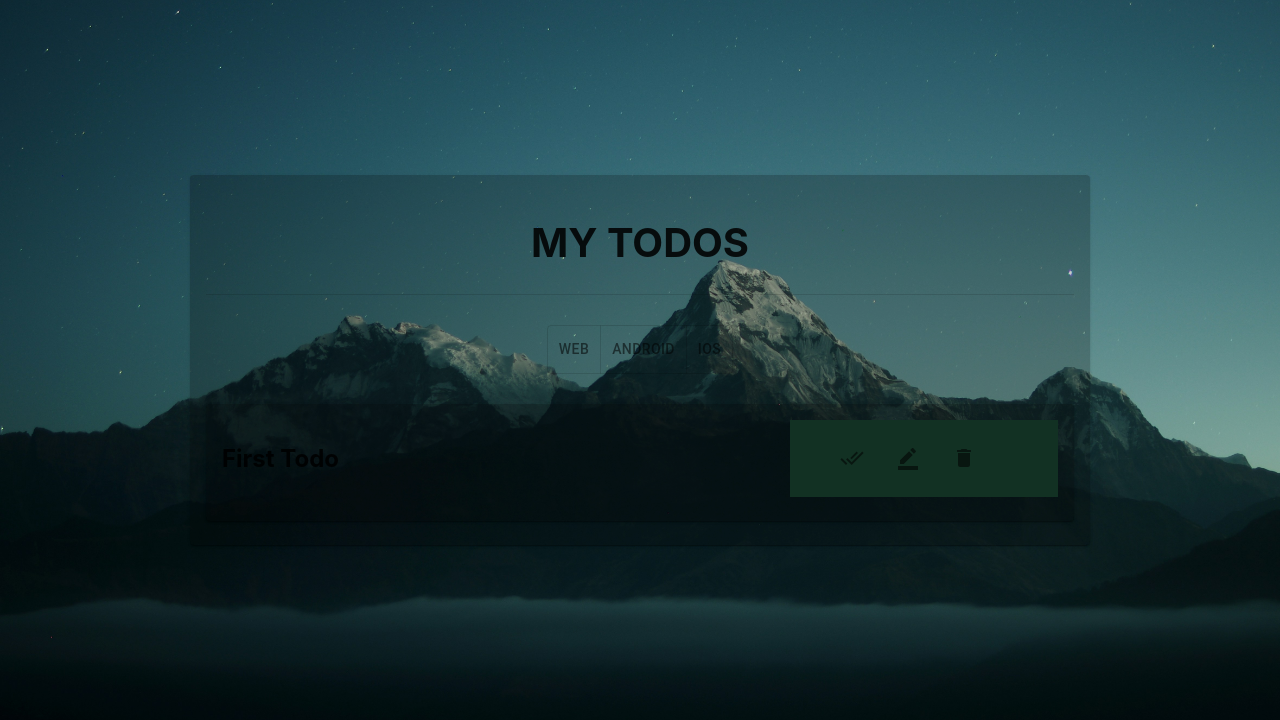
Repository: Ebadahamde/React-CRUDS-Project
Page: /
The author's editor kept a copy of each file at every save. The page is drawn from the files as they stood at one save, then again after the next save.
The browser window is 1280 px wide. The pictures show the whole page.
The project was rebuilt for these pictures with package versions that can differ from the ones it lists, and the page was loaded fresh each time.

Above is the page before, as saved 2025-08-23 16:32:07.

After the next save:
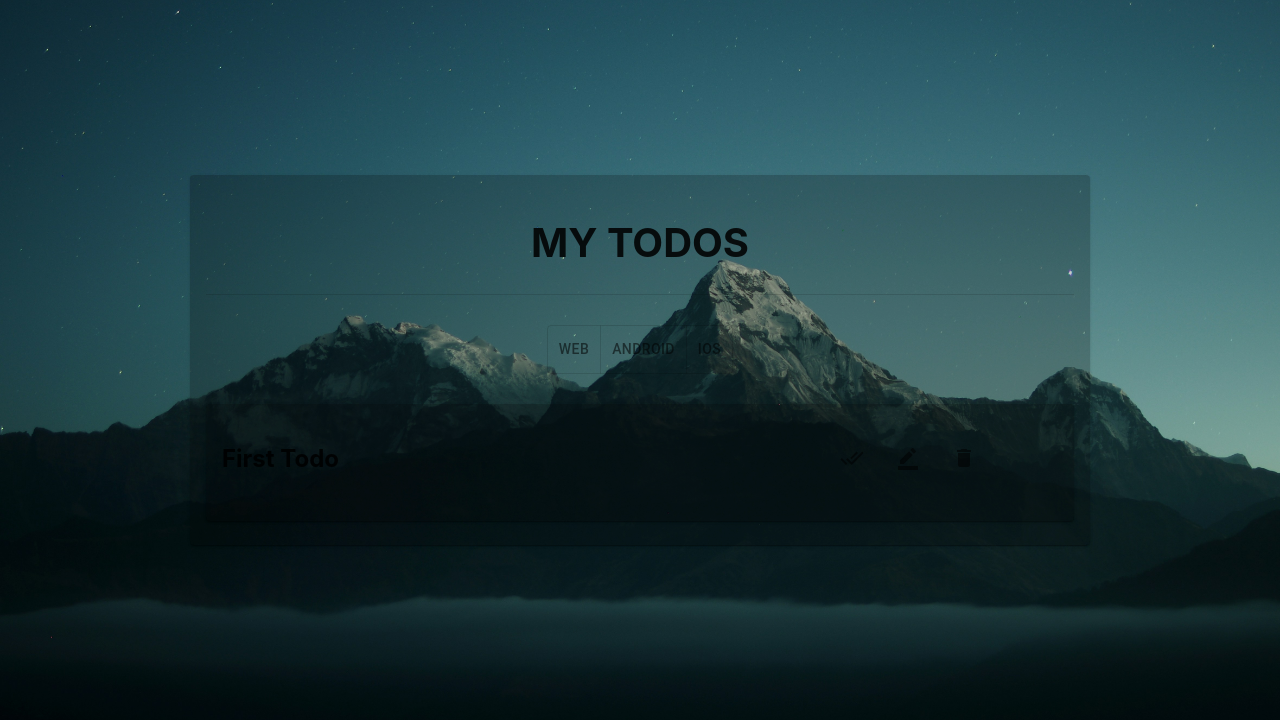
Saved 25 s later.
--- a/src/Componends/todo.js
+++ b/src/Componends/todo.js
@@ -17,7 +17,6 @@ export default function Todo() {
           </Grid>
           <Grid
             sx={{
-              background: "#123123",
               display: "flex",
               justifyContent: "center",
               alignItems: "center",
